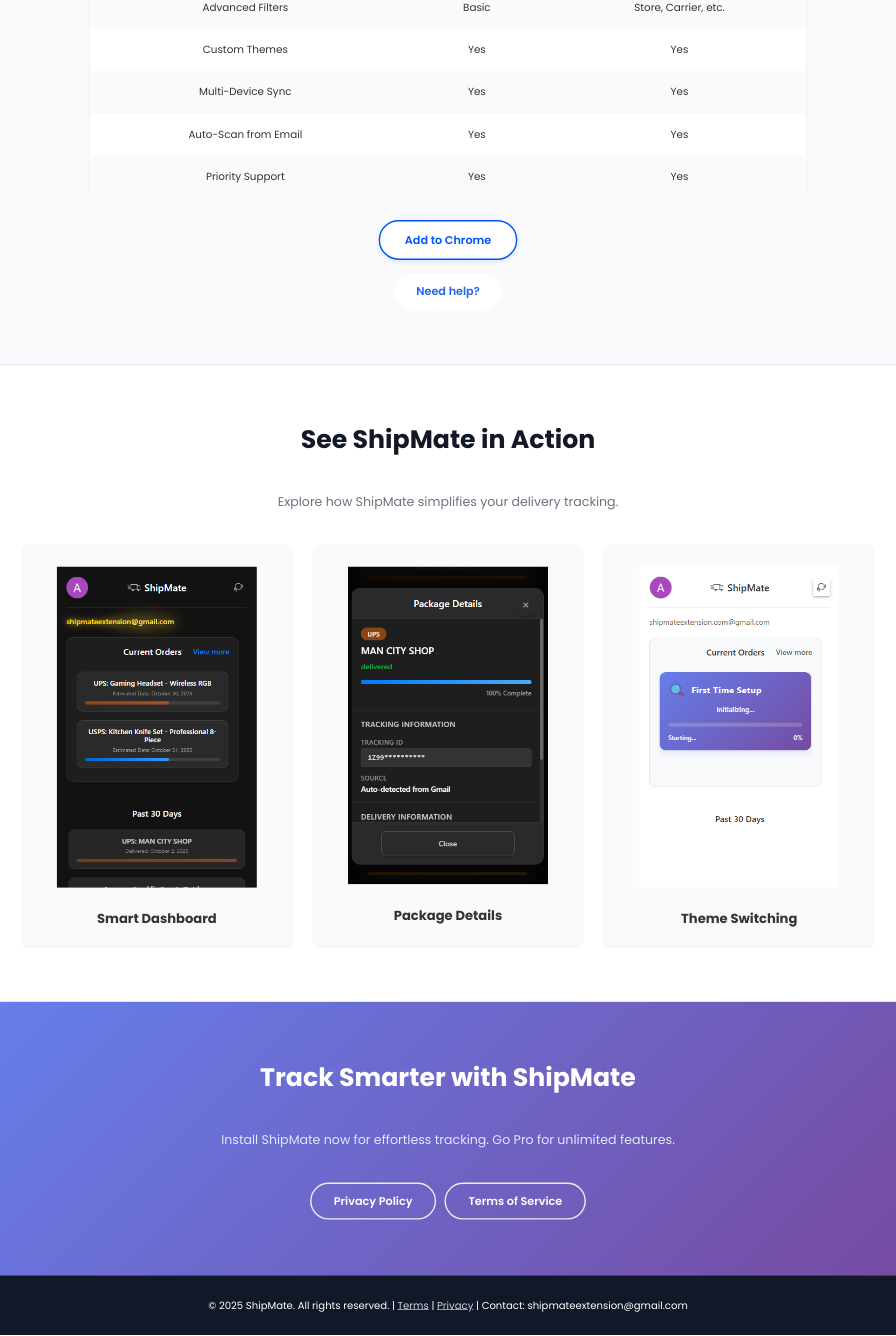
Repository: epeguero8311/shipmate-website
Page: index.html
These files come from the project's save history. The page is drawn as it stood at one moment and after the next save; the edit follows.
The browser window is 1280 px wide. The pictures show the part of the page from y = 1305 to 3225 px (the page is 3213 px tall before and 3225 px after), at 70% of full size.

Above is the page before, as saved 2025-11-03 14:35:07.

After the next save:
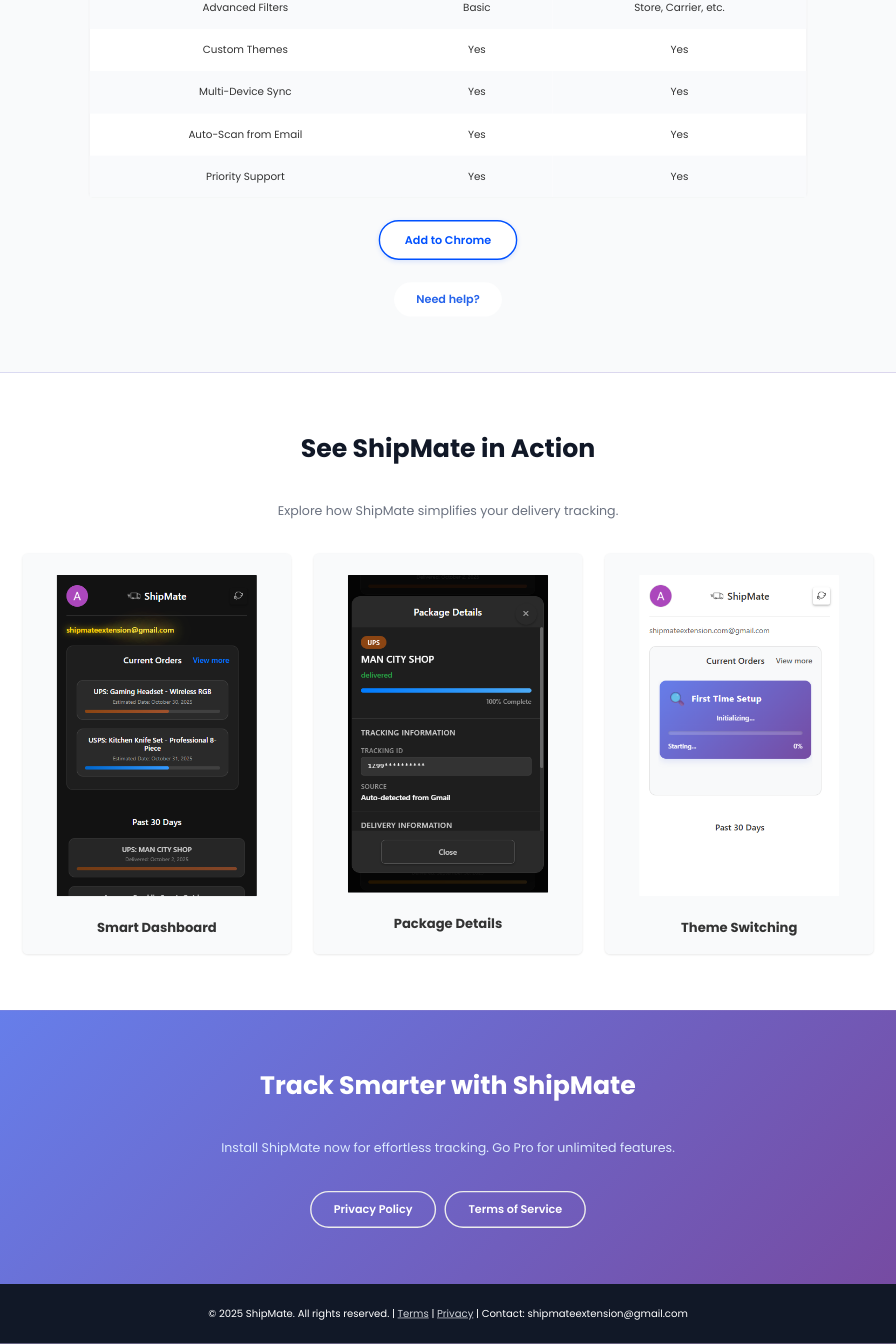
Saved 10 s later.
--- a/index.html
+++ b/index.html
@@ -76,7 +76,7 @@
         <a href="https://chromewebstore.google.com/detail/shipmate-delivery-tracker/hbnidnckiggpllldjpolkijioglgdcma?utm_source=item-share-cb" class="btn2 btn2-primary">Add to Chrome</a>
       </div>
 
-      <div class="header-buttons">
+      <div class="header-buttons" style="margin-top: 2rem;">
         <a href="help.html" class="btn btn-primary">Need help?</a>
       </div>
     </div>
